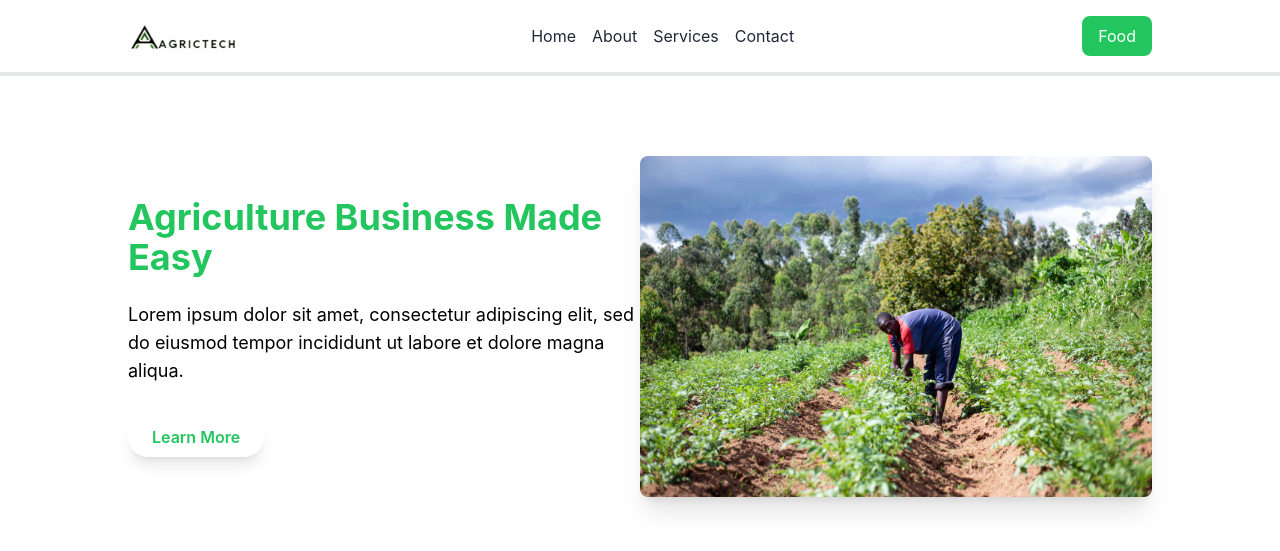
Repository: akinolapo/agric-tech
Page: /
An editor plug-in stored every save of this project. The page is shown before and after the next save, followed by the edit.
The browser window is 1280 px wide. The pictures show the whole page.
The project was rebuilt for these pictures with package versions that can differ from the ones it lists, and the page was loaded fresh each time.

Above is the page before, as saved 2023-05-27 00:16:19.

### src/App.js
import React from 'react'
import Header from './components/Header'
import Hero from './components/Hero'

const App = () => {
  return (
    <div>
      <Header/>
      <Hero/>
    </div>
  )
}

export default App

### src/components/Header.jsx
import React, { useState } from 'react';

const Header = () => {
  const [isMenuOpen, setIsMenuOpen] = useState(false);

  const toggleMenu = () => {
    setIsMenuOpen(!isMenuOpen);
  };

  const closeMenu = () => {
    setIsMenuOpen(false);
  };

  return (
    <header className="bg-white border-b-4">
      <div className="container mx-auto flex justify-between items-center py-4 px-5 sm:px-32">
        <div className="flex items-center">
          <img
            src={process.env.PUBLIC_URL+`media/logo.png`}
            alt="Logo"
            className="h-8 w-auto"
          />
        </div>
        <div className="hidden md:flex space-x-4">
          <a href="#" className="text-gray-800 hover:text-gray-600">Home</a>
          <a href="#" className="text-gray-800 hover:text-gray-600">About</a>
          <a href="#" className="text-gray-800 hover:text-gray-600">Services</a>
          <a href="#" className="text-gray-800 hover:text-gray-600">Contact</a>
        </div>
        <div className="md:hidden">
          <button
            type="button"
            className="flex items-center p-2 rounded-md text-gray-800 hover:text-gray-600 focus:outline-none"
            onClick={toggleMenu}
          >
            <svg
              xmlns="http://www.w3.org/2000/svg"
              className="h-6 w-6"
              fill="none"
              viewBox="0 0 24 24"
              stroke="currentColor"
            >
              <path
                strokeLinecap="round"
                strokeLinejoin="round"
                strokeWidth="2"
                d="M4 6h16M4 12h16M4 18h16"
              />
            </svg>
          </button>

        </div>
        <div className="hidden md:block">
          <button
            type="button"
            className="bg-green-500 text-white rounded-lg py-2 px-4"
          >
            Food
          </button>
        </div>
      </div>
      <div>
          {isMenuOpen && (
            <div className="mt-2 w-full">
              <ul className="bg-white border rounded-md divide-y divide-gray-200 shadow-md">
                <li className="py-2 px-4">
                  <a href="#" className="text-gray-800 hover:text-gray-600">Home</a>
                </li>
                <li className="py-2 px-4">
                  <a href="#" className="text-gray-800 hover:text-gray-600">About</a>
                </li>
                <li className="py-2 px-4">
                  <a href="#" className="text-gray-800 hover:text-gray-600">Services</a>
                </li>
                <li className="py-2 px-4">
                  <a href="#" className="text-gray-800 hover:text-gray-600">Contact</a>
                </li>
                <li className="py-2 px-4">
                  <button
                    type="button"
                    className="bg-green-500 text-white rounded-lg py-2 px-4 w-full"
                  >
                    Food
                  </button>
                </li>
              </ul>
              <div className="absolute top-0 right-0 p-2">
              </div>
            </div>
          )}
          </div>
    </header>
  );
};

export default Header;

### src/components/Hero.jsx
import React from 'react';

const Hero = () => {
  return (
    <section className="bg-white text-black py-20 px-5 sm:px-32">
      <div className="container mx-auto flex flex-col lg:flex-row items-center gap">
        <div className="lg:w-1/2">
          <h1 className="text-4xl font-bold mb-6 text-green-500">Agriculture Business Made Easy</h1>
          <p className="text-lg mb-8">Lorem ipsum dolor sit amet, consectetur adipiscing elit, sed do eiusmod tempor incididunt ut labore et dolore magna aliqua.</p>
          <button className="bg-white text-green-500 py-2 px-6 rounded-full font-semibold shadow-lg hover:shadow-xl transition duration-300">Learn More</button>
        </div>
        <div className="lg:w-1/2">
          <img src={process.env.PUBLIC_URL+`media/hero.jpg`}alt="Agriculture" className="rounded-lg shadow-xl" />
        </div>
      </div>
    </section>
  );
};

export default Hero;

Loaded but not shown: public/index.html (common file); src/index.js (common file); src/index.css (common file); tailwind.config.js (common file)

After the next save:
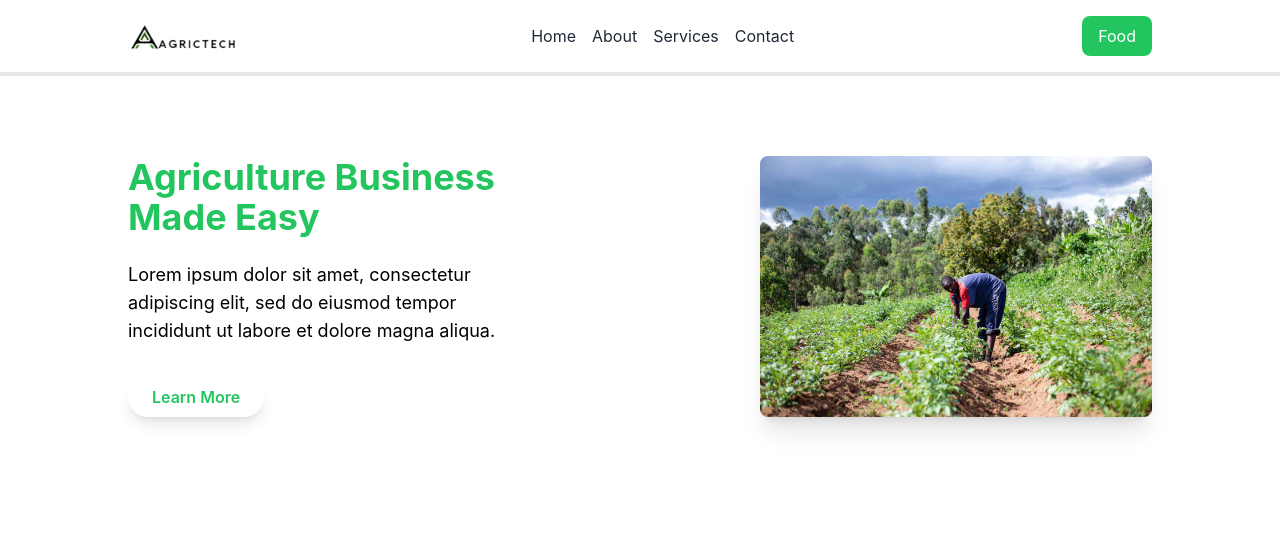
Saved 5 s later.
--- a/src/components/Hero.jsx
+++ b/src/components/Hero.jsx
@@ -3,7 +3,7 @@
 const Hero = () => {
   return (
     <section className="bg-white text-black py-20 px-5 sm:px-32">
-      <div className="container mx-auto flex flex-col lg:flex-row items-center gap">
+      <div className="container mx-auto flex flex-col lg:flex-row items-center gap-60">
         <div className="lg:w-1/2">
           <h1 className="text-4xl font-bold mb-6 text-green-500">Agriculture Business Made Easy</h1>
           <p className="text-lg mb-8">Lorem ipsum dolor sit amet, consectetur adipiscing elit, sed do eiusmod tempor incididunt ut labore et dolore magna aliqua.</p>

After the save that followed:
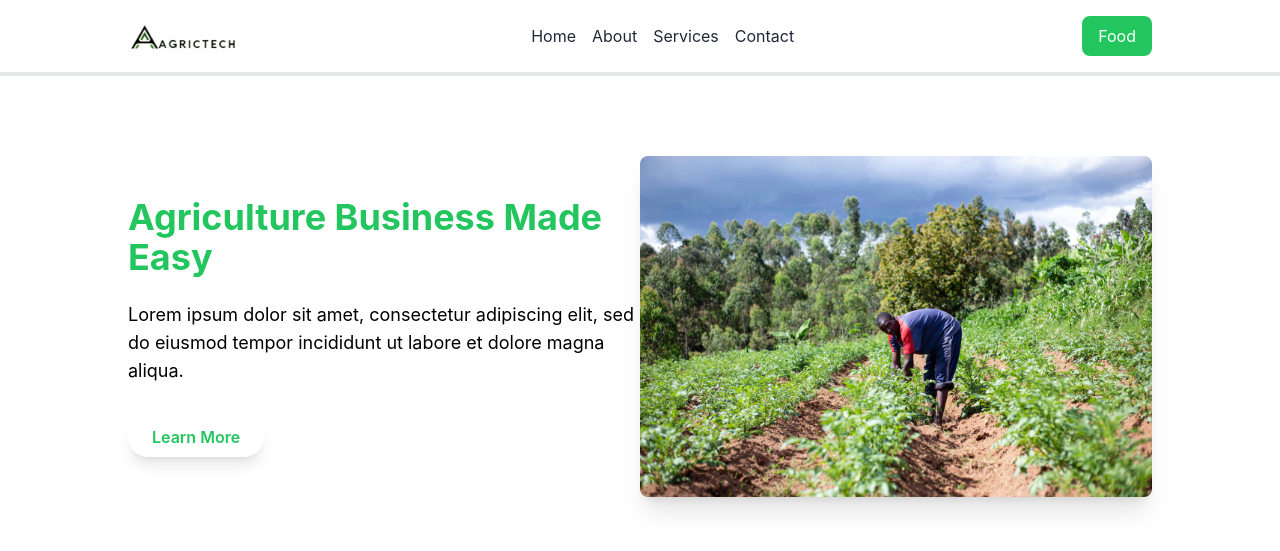
Saved 14 s later.
--- a/src/components/Hero.jsx
+++ b/src/components/Hero.jsx
@@ -3,7 +3,7 @@
 const Hero = () => {
   return (
     <section className="bg-white text-black py-20 px-5 sm:px-32">
-      <div className="container mx-auto flex flex-col lg:flex-row items-center gap-60">
+      <div className="container mx-auto flex flex-col lg:flex-row items-center gap-">
         <div className="lg:w-1/2">
           <h1 className="text-4xl font-bold mb-6 text-green-500">Agriculture Business Made Easy</h1>
           <p className="text-lg mb-8">Lorem ipsum dolor sit amet, consectetur adipiscing elit, sed do eiusmod tempor incididunt ut labore et dolore magna aliqua.</p>
